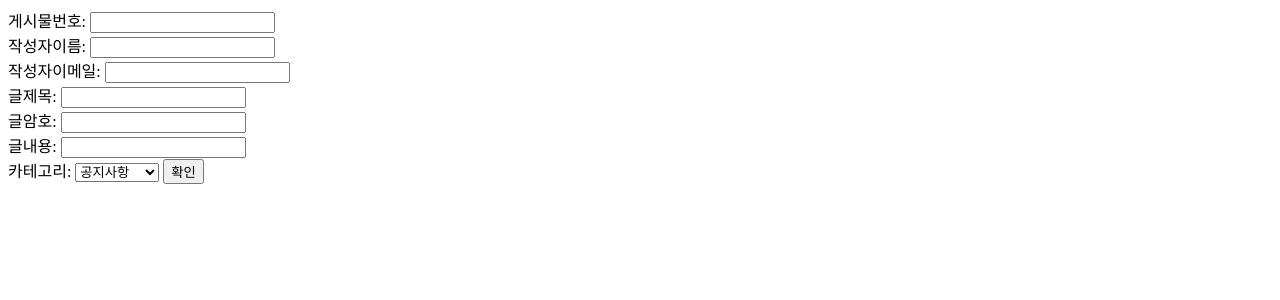
Repository: MegiLove/html_css
Page: day1130/src/main/webapp/boardTest.html
An editor plug-in stored every save of this project. The page is shown before and after the next save, followed by the edit.
The browser window is 1280 px wide. The pictures show the whole page.

Above is the page before, as saved 2021-11-30 07:52:40.

### day1130/src/main/webapp/boardTest.html
<!DOCTYPE html>
<html>
<head>
<meta charset="EUC-KR">
<title>Insert title here</title>
</head>
<body>
	<form action="boardTest.jsp" method="post">
		게시물번호: <input type="text" name="number"><br>
		작성자이름: <input type="text" name="name"><br>
		작성자이메일: <input type="email" name="email"><br>
		글제목: <input type="text" name="title"><br>
		글암호: <input type="password" name="pwd"><br>
		글내용: <input type="text" name="text"><br>
		카테고리: <select name="category">
		<option value="공지사항">공지사항</option>
		<option value="QNA">QNA</option>
		<option value="자유게시판">자유게시판</option>
		<option value="묻고답하기">묻고답하기</option>
		</select>
		<input type="submit" value="확인">
	</form>
</body>
</html>

After the next save:
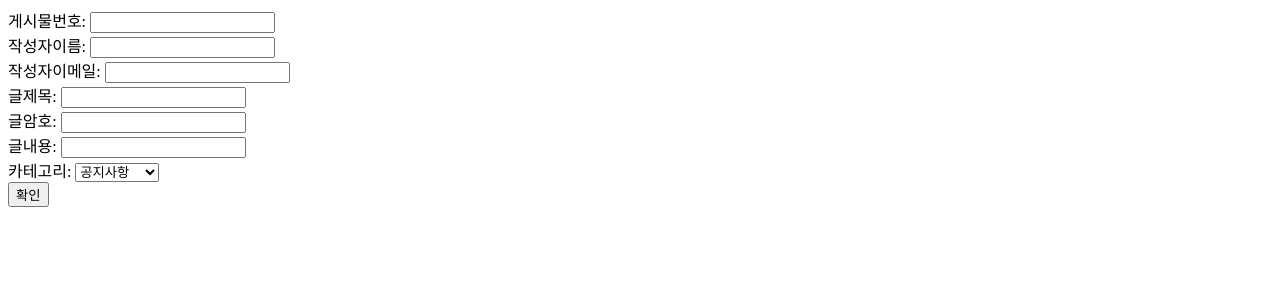
Saved 14 s later.
--- a/day1130/src/main/webapp/boardTest.html
+++ b/day1130/src/main/webapp/boardTest.html
@@ -16,8 +16,7 @@
 		<option value="공지사항">공지사항</option>
 		<option value="QNA">QNA</option>
 		<option value="자유게시판">자유게시판</option>
-		<option value="묻고답하기">묻고답하기</option>
-		</select>
+		</select><br>
 		<input type="submit" value="확인">
 	</form>
 </body>
